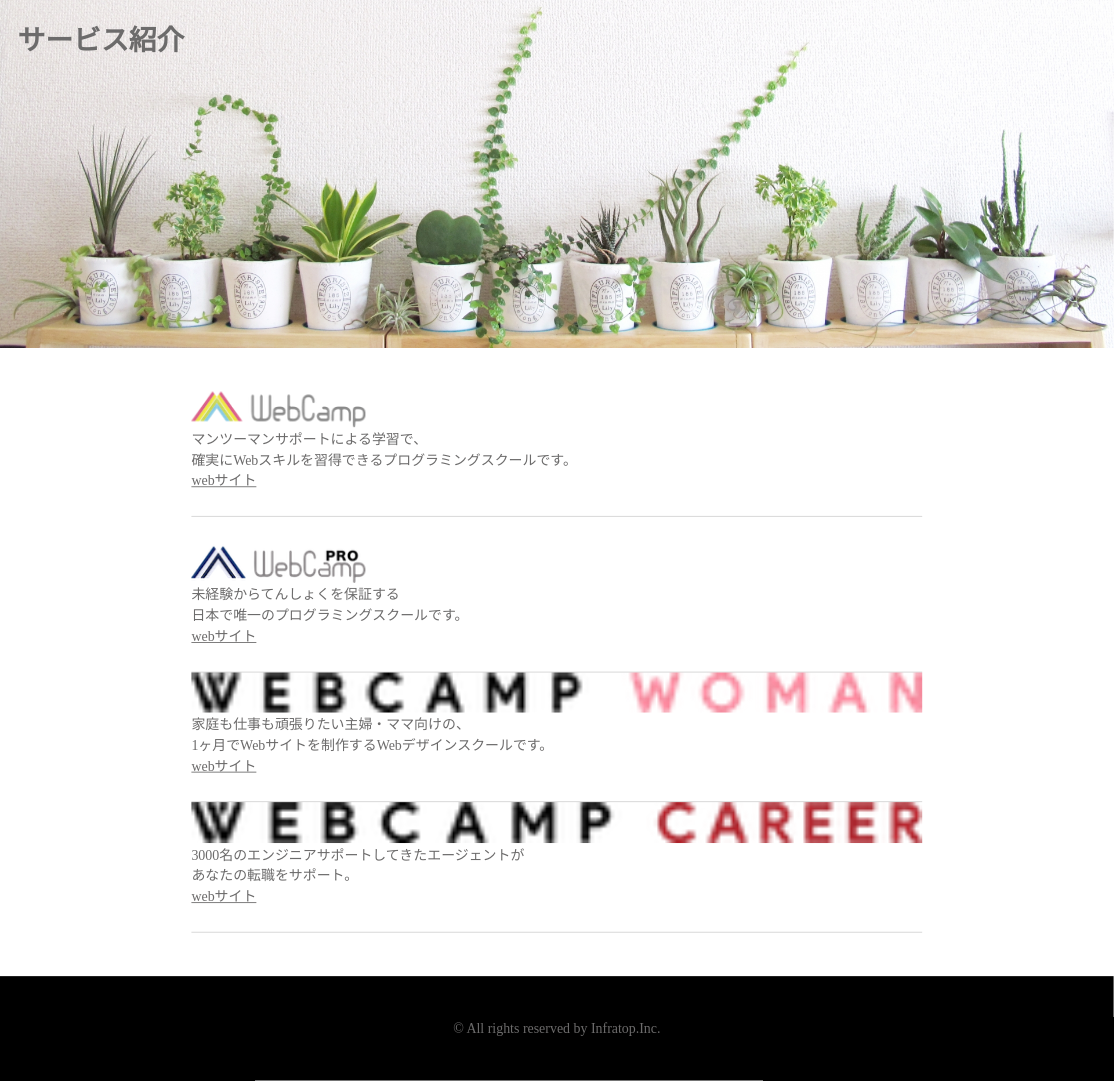
Repository: momopomi/htmlcss
Page: exercise/1-7.html
The author's editor kept a record of every edit. The page is drawn from the files as they stood at one moment, then again after the next edit.
The browser window is 1280 px wide. The pictures show the whole page, at 87% of full size.

Above is the page before.

### exercise/1-7.html
<!DOCTYPE html>
<html lang="ja">
  <head>
    <meta charset="UTF-8" />
    <!-- CSSファイルの読み込み -->
    <link rel="stylesheet" href="1-7.css" />
    <title>1-7</title>
  </head>

  <body>
    <!-- header -->
    <header>
      <h1 class="heading">
          サービス紹介
      </h1>
    </header>

    <!-- main用のdiv -->
    <main>
      <section class="blog">
            <img class="blog-image1" src="img/wc-logo.png" />
            <section class="blog-text">
              マンツーマンサポートによる学習で、<br>
              確実にWebスキルを習得できるプログラミングスクールです。<br>
              <a href="https://web-camp.online/">webサイト</a>
            </section>

          <img class="blog-image2" src="img/wcp-logo.png" />
            <section class="blog-text">
              未経験からてんしょくを保証する<br>
              日本で唯一のプログラミングスクールです。<br>
              <a href="https://web-camp.online/">webサイト</a>
            </section>

          <img class="blog-image" src="img/wcw-logo.png" />
            <section class="blog-text">
              家庭も仕事も頑張りたい主婦・ママ向けの、<br>
              1ヶ月でWebサイトを制作するWebデザインスクールです。<br>
              <a href="https://web-camp.online/">webサイト</a>
            </section>

          <img class="blog-image" src="img/wcc-logo.png" />
            <section class="blog-text">
              3000名のエンジニアサポートしてきたエージェントが<br>
              あなたの転職をサポート。<br>
              <a href="https://web-camp.online/">webサイト</a>
            </section>

      </section>
      <div class="sidebar"></div>
    </main>

    <!-- footer -->
    <footer>
      <p class="footer-text">© All rights reserved by Infratop.Inc.</p>
    </footer>
  </body>
</html>

### exercise/1-7.css
/* ブラウザがそれぞれ持っているCSSをリセットするための記述 */
* {
  margin: 0;
  padding: 0;
  box-sizing: border-box;
  color: #6c6b6b;
}

header {
  width: 100%; /* 横幅100% */
  height: 400px;
  background-image: url(img/mv.jpg);
  background-size: cover; /* 縦横比を維持したまま背景領域を埋め尽くす */
  background-position: bottom; /* 背景画像を中央に配置 */

}

header .heading {
  padding: 20px 20px;
}

main {
  width: 100%; /* 横幅800px */
}

.blog{
  width: 840px;
  padding:50px 0;
  display: flex;
  flex-direction: column;
  justify-content: center;
  margin: 0 auto;
}

.blog-image1 {
  width: 200px;
}

.blog-image2 {
  width: 200px;
  padding-top: 30px;
}

.blog-text {
  padding-bottom: 30px;
  border-bottom:1px solid lightgray;
}

footer {
  width: 100%;
  height: 120px;
  text-align: center;
  line-height: 120px;
  background-color: black;
}

After the next edit:
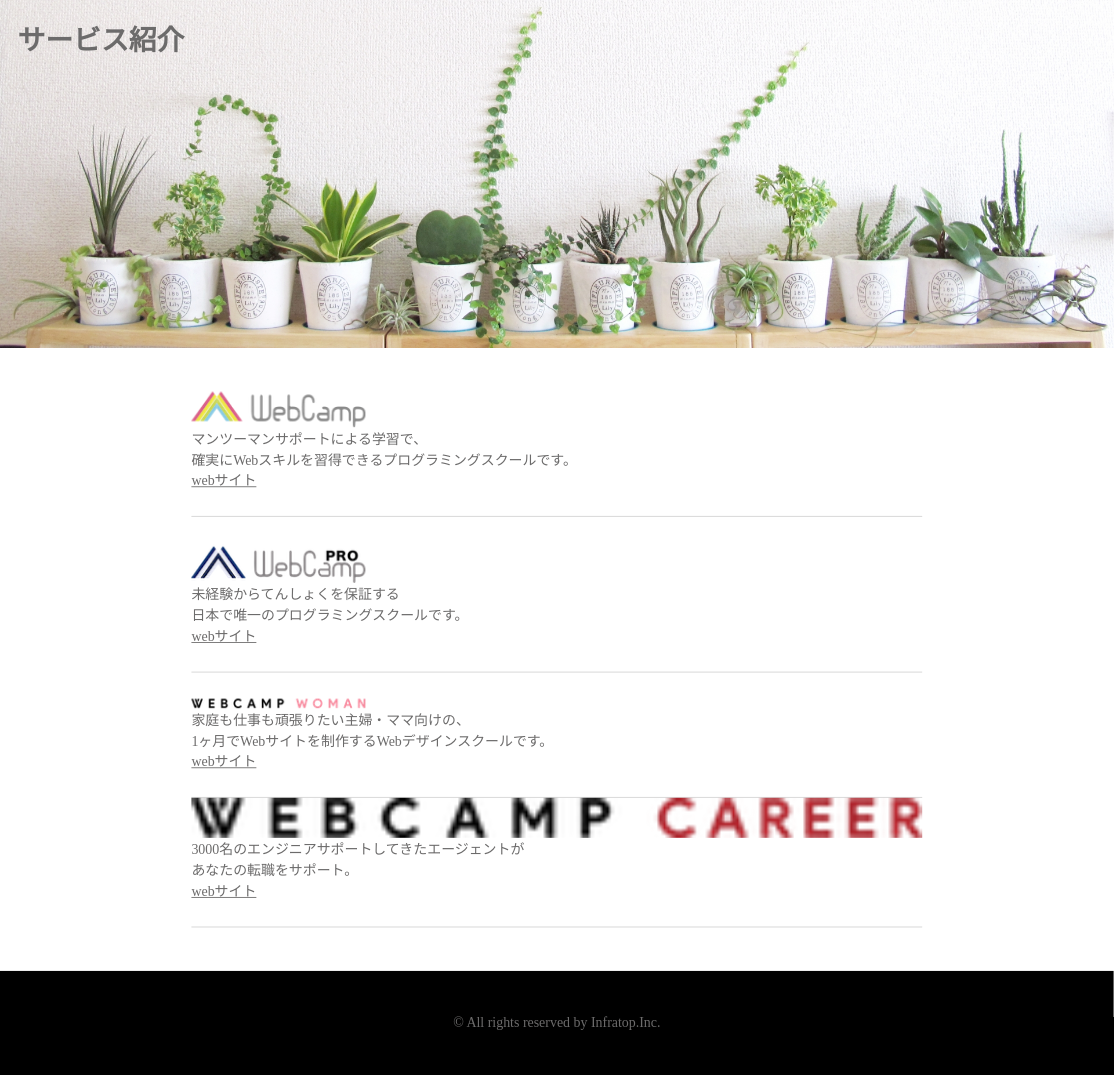
The edit:
--- a/exercise/1-7.html
+++ b/exercise/1-7.html
@@ -32,7 +32,7 @@
               <a href="https://web-camp.online/">webサイト</a>
             </section>
 
-          <img class="blog-image" src="img/wcw-logo.png" />
+          <img class="blog-image2" src="img/wcw-logo.png" />
             <section class="blog-text">
               家庭も仕事も頑張りたい主婦・ママ向けの、<br>
               1ヶ月でWebサイトを制作するWebデザインスクールです。<br>
